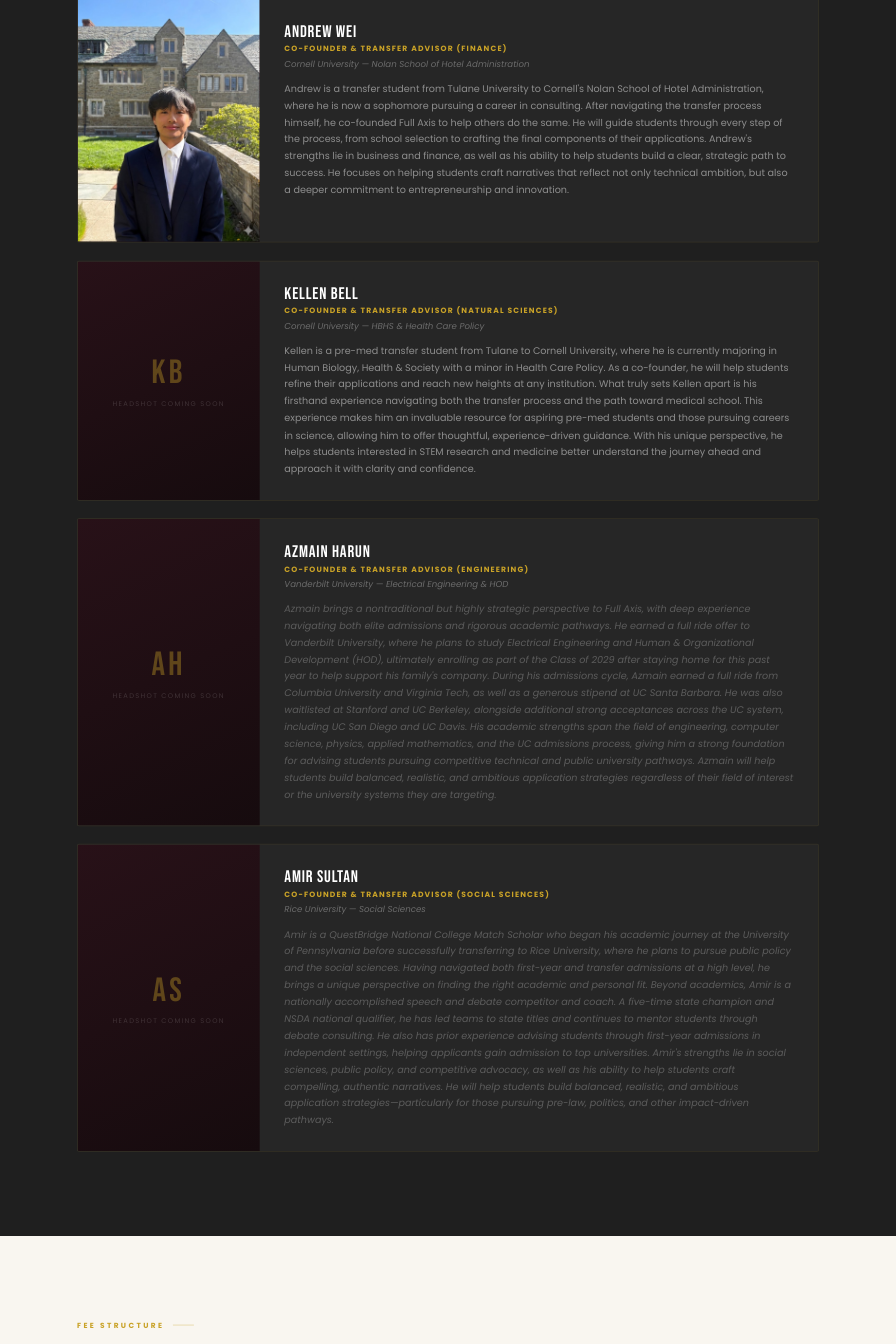
Repository: epeguero8311/cesar
Page: index.html
An editor plug-in stored every save of this project. The page is shown before and after the next save, followed by the edit.
The browser window is 1280 px wide. The pictures show the part of the page from y = 2358 to 4278 px (the page is 7470 px tall), at 70% of full size.

Above is the page before, as saved 2026-04-27 17:42:44.

### index.html
<!DOCTYPE html>
<html lang="en">
<head>
<meta charset="UTF-8" />
<meta name="viewport" content="width=device-width, initial-scale=1.0" />
<link rel="icon" type="image/png" href="Untitled_design__1_-removebg-preview.png" />
<title>Full Axis — Prestige Admissions Advisory</title>
<link rel="preconnect" href="https://fonts.googleapis.com" />
<link rel="preconnect" href="https://fonts.gstatic.com" crossorigin />
<link href="https://fonts.googleapis.com/css2?family=Bebas+Neue&family=Poppins:ital,wght@0,300;0,400;0,500;0,600;0,700;1,400&display=swap" rel="stylesheet" />
<link rel="stylesheet" href="style.css" />
</head>
<body>

<!-- NAV -->
<nav>
  <div class="nav-brand">
    <img src="IMG_4736-removebg-preview.png" alt="Full Axis" class="nav-logo-img" />
  </div>
  <ul class="nav-links">
    <li><a href="#mission">Mission</a></li>
    <li><a href="#team">Team</a></li>
    <li><a href="#pricing">Packages</a></li>
    <li><a href="#apply" class="nav-cta">Apply Now</a></li>
  </ul>
</nav>

<!-- HERO -->
<section id="hero">
  <div class="hero-inner">
    <div class="hero-eyebrow">Prestige Admissions Advisory</div>
    <h1 class="hero-title">Your defining<br /><em>axis</em> starts here.</h1>
    <div class="hero-rule"></div>
    <p class="hero-sub">Connect → Gameplan → Success</p>
    <div class="hero-actions">
      <a href="#apply" class="btn-primary">Begin Your Application</a>
      <a href="#mission" class="btn-outline">Learn More</a>
    </div>
  </div>
</section>

<!-- STATS RIBBON -->
<div class="stats-ribbon">
  <div class="stat"><strong>Tier 1</strong>&nbsp;Target Schools</div>
  <div class="stat-sep"></div>
  <div class="stat"><strong>Paired</strong>&nbsp;Major-Specific Mentors</div>
  <div class="stat-sep"></div>
  <div class="stat"><strong>Beta</strong>&nbsp;2026–27 Cycle</div>
  <div class="stat-sep"></div>
  <div class="stat"><strong>Free</strong>&nbsp;First Consultation</div>
</div>

<!-- MISSION -->
<section id="mission">
  <div class="section-inner">
    <div class="section-label">Who We Are</div>
    <h2 class="section-title">Built on precision.<br />Defined by results.</h2>
    <div class="mission-grid">
      <div class="reveal">
        <p class="mission-statement">Full Axis is a prestige-focused, major-specific admissions advisory firm. We specialize in guiding students from a multitude of backgrounds through the most competitive first-year and transfer pathways in the country.</p>
        <div class="beta-badge">
          <span class="beta-dot"></span>
          Currently in Beta — 2026–2027 Cycle &nbsp;·&nbsp; Limited Spots Available
        </div>
      </div>
      <div class="mission-right reveal d2">
        <div class="pillar">
          <h3>Our Approach</h3>
          <p>We operate on a "Tiered Expertise" model, pairing each student with mentors who have successfully navigated their exact target trajectory — gaining admission to top programs in their respective fields.</p>
        </div>
        <div class="pillar">
          <h3>Our Philosophy</h3>
          <p>We believe every applicant has a defining narrative axis. Whether it is the pursuit of an elite standard or a strategic reinvention, our role is to identify, refine, and position that axis with precision.</p>
        </div>
      </div>
    </div>
    <div class="ornament"><div class="ornament-diamond"></div></div>
  </div>
</section>

<!-- TEAM -->
<section id="team">
  <div class="section-inner">
    <div class="team-intro">
      <div class="section-label">The Axis Network</div>
      <h2 class="section-title on-dark">Guided by those<br />who've been there.</h2>
    </div>
    <div class="team-grid">
      <!-- Cesar -->
      <div class="team-card reveal">
        <div class="team-photo">
          <div class="team-photo-ph"><div class="team-initials">C</div><div class="photo-hint">Headshot coming soon</div></div>
        </div>
        <div class="team-info">
          <div class="team-name">Cesar Espinoza</div>
          <div class="team-role">Founder &amp; Director</div>
          <div class="team-school">Full Axis</div>
          <p class="team-bio">Cesar leads Full Axis with a mission to make the college admissions process more structured, strategic, and accessible. He works with students across a range of pathways—from high-achieving first-year applicants seeking stronger outcomes to college students refining their academic direction—helping them clarify goals and strengthen their applications. With immense knowledge in the transfer landscape, particularly STEM-focused pathways, he oversees advisor strategy and ensures each student is matched with the right support for their goals.</p>
        </div>
      </div>
      <!-- Andrew -->
      <div class="team-card reveal d1">
        <div class="team-photo">
          <img src="headshots/headshot-Andrew_Wei 2.JPEG" alt="Andrew Wei" class="team-headshot" />
        </div>
        <div class="team-info">
          <div class="team-name">Andrew Wei</div>
          <div class="team-role">Co-Founder &amp; Transfer Advisor (Finance)</div>
          <div class="team-school">Cornell University — Nolan School of Hotel Administration</div>
          <p class="team-bio">Andrew is a transfer student from Tulane University to Cornell's Nolan School of Hotel Administration, where he is now a sophomore pursuing a career in consulting. After navigating the transfer process himself, he co-founded Full Axis to help others do the same. He will guide students through every step of the process, from school selection to crafting the final components of their applications. Andrew's strengths lie in business and finance, as well as his ability to help students build a clear, strategic path to success. He focuses on helping students craft narratives that reflect not only technical ambition, but also a deeper commitment to entrepreneurship and innovation.</p>
        </div>
      </div>
      <!-- Kellen -->
      <div class="team-card reveal d2">
        <div class="team-photo">
          <div class="team-photo-ph"><div class="team-initials">KB</div><div class="photo-hint">Headshot coming soon</div></div>
        </div>
        <div class="team-info">
          <div class="team-name">Kellen Bell</div>
          <div class="team-role">Co-Founder &amp; Transfer Advisor (Natural Sciences)</div>
          <div class="team-school">Cornell University — HBHS &amp; Health Care Policy</div>
          <p class="team-bio">Kellen is a pre-med transfer student from Tulane to Cornell University, where he is currently majoring in Human Biology, Health & Society with a minor in Health Care Policy. As a co-founder, he will help students refine their applications and reach new heights at any institution. What truly sets Kellen apart is his firsthand experience navigating both the transfer process and the path toward medical school. This experience makes him an invaluable resource for aspiring pre-med students and those pursuing careers in science, allowing him to offer thoughtful, experience-driven guidance. With his unique perspective, he helps students interested in STEM research and medicine better understand the journey ahead and approach it with clarity and confidence.</p>
        </div>
      </div>
      <!-- Azmain -->
      <div class="team-card reveal d3">
        <div class="team-photo">
          <div class="team-photo-ph"><div class="team-initials">AH</div><div class="photo-hint">Headshot coming soon</div></div>
        </div>
        <div class="team-info">
          <div class="team-name">Azmain Harun</div>
          <div class="team-role">Co-Founder &amp; Transfer Advisor (Engineering)</div>
          <div class="team-school">Vanderbilt University — Electrical Engineering &amp; HOD</div>
          <p class="team-bio" style="color:rgba(255,255,255,0.25);font-style:italic">Azmain brings a nontraditional but highly strategic perspective to Full Axis, with deep experience navigating both elite admissions and rigorous academic pathways. He earned a full ride offer to Vanderbilt University, where he plans to study Electrical Engineering and Human & Organizational Development (HOD), ultimately enrolling as part of the Class of 2029 after staying home for this past year to help support his family's company.

During his admissions cycle, Azmain earned a full ride from Columbia University and Virginia Tech, as well as a generous stipend at UC Santa Barbara. He was also waitlisted at Stanford and UC Berkeley, alongside additional strong acceptances across the UC system, including UC San Diego and UC Davis.

His academic strengths span the field of engineering, computer science, physics, applied mathematics, and the UC admissions process, giving him a strong foundation for advising students pursuing competitive technical and public university pathways. Azmain will help students build balanced, realistic, and ambitious application strategies regardless of their field of interest or the university systems they are targeting.</p>
        </div>
      </div>
      <!-- Amir -->
      <div class="team-card reveal d4">
        <div class="team-photo">
          <div class="team-photo-ph"><div class="team-initials">AS</div><div class="photo-hint">Headshot coming soon</div></div>
        </div>
        <div class="team-info">
          <div class="team-name">Amir Sultan</div>
          <div class="team-role">Co-Founder &amp; Transfer Advisor (Social Sciences)</div>
          <div class="team-school">Rice University — Social Sciences</div>
          <p class="team-bio" style="color:rgba(255,255,255,0.25);font-style:italic">Amir is a QuestBridge National College Match Scholar who began his academic journey at the University of Pennsylvania before successfully transferring to Rice University, where he plans to pursue public policy and the social sciences. Having navigated both first-year and transfer admissions at a high level, he brings a unique perspective on finding the right academic and personal fit.

Beyond academics, Amir is a nationally accomplished speech and debate competitor and coach. A five-time state champion and NSDA national qualifier, he has led teams to state titles and continues to mentor students through debate consulting. He also has prior experience advising students through first-year admissions in independent settings, helping applicants gain admission to top universities.

Amir's strengths lie in social sciences, public policy, and competitive advocacy, as well as his ability to help students craft compelling, authentic narratives. He will help students build balanced, realistic, and ambitious application strategies—particularly for those pursuing pre-law, politics, and other impact-driven pathways.</p>
        </div>
      </div>
    </div>
  </div>
</section>

<!-- PRICING -->
<section id="pricing">
  <div class="section-inner">
    <div class="pricing-hd reveal">
      <div class="section-label">Fee Structure</div>
      <h2 class="section-title">Transparent pricing.<br />Unmatched access.</h2>
      <div class="pricing-beta-block">Full Axis is currently in its beta cycle for the 2026–2027 school year. As we onboard our inaugural cohort, we strongly recommend getting started with us as soon as possible; this allows us to fully maximize your potential as an applicant. We operate on a rolling application system, with an application deadline in late September.</div>
    </div>

    <h3 class="axis-heading">Transfer Axis</h3>
    <p class="axis-desc">The Transfer Axis is an intensive, mentor-led program built for students aiming to successfully navigate the highly selective transfer admissions process. Rather than focusing solely on application polish, we work to construct a cohesive academic and extracurricular direction aligned with the expectations of top-tier institutions, creating a clear blueprint for success that extends beyond transfer outcomes into post-graduate goals.

We help students build a comprehensive transfer roadmap tailored to both their target "dream" schools and a strategically selected set of well-matched, adjacent institutions, all grounded in individualized advising. From there, we guide major- and school-specific course selection to ensure each academic decision strengthens long-term positioning and aligns with admissions expectations. We also work closely with students to define a cohesive narrative that anchors and differentiates their application, then translate it into clear, high-impact essays that effectively communicate their story and strengths. Throughout the process, students receive hands-on essay support, ongoing mentorship, and direct guidance as questions arise. The result is a fully integrated, step-by-step framework that brings structure, clarity, and intentionality from initial planning through final submission.</p>
    <div class="pkg-grid reveal">
      <div class="pkg">
        <div class="pkg-name">Starter</div>
        <div class="rev-price">$1,350</div>
        <ul class="pkg-feats">
          <li class="pkg-feat">Paired mentor throughout application process</li>
          <li class="pkg-feat">Guaranteed monthly meetings</li>
          <li class="pkg-feat">Essay review for up to 3 schools</li>
        </ul>
        <div class="consult-note">✦ Free initial consultation included</div>
      </div>
      <div class="pkg featured">
        <div class="pkg-badge">Most Popular</div>
        <div class="pkg-name">Founders</div>
        <div class="rev-price">$1,500</div>
        <ul class="pkg-feats">
          <li class="pkg-feat">Paired mentor throughout application process</li>
          <li class="pkg-feat">Guaranteed monthly meetings</li>
          <li class="pkg-feat">Essay review for up to 6 schools</li>
          <li class="pkg-feat">Tailored roadmap built to your individual profile</li>
        </ul>
        <div class="consult-note">✦ Free initial consultation included</div>
      </div>
      <div class="pkg">
        <div class="pkg-name">Advanced</div>
        <div class="rev-price">$2,000</div>
        <ul class="pkg-feats">
          <li class="pkg-feat">Paired mentor throughout application process</li>
          <li class="pkg-feat">Guaranteed monthly meetings</li>
          <li class="pkg-feat">Essay review for up to 9 schools</li>
          <li class="pkg-feat">Tailored roadmap built to your individual profile</li>
        </ul>
        <div class="consult-note">✦ Free initial consultation included</div>
      </div>
      <div class="pkg">
        <div class="pkg-name">Premium</div>
        <div class="rev-price">$3,000</div>
        <ul class="pkg-feats">
          <li class="pkg-feat">Paired mentor throughout application process</li>
          <li class="pkg-feat">Guaranteed monthly meetings</li>
          <li class="pkg-feat">Essay review for up to 12 schools</li>
          <li class="pkg-feat">Tailored roadmap built to your individual profile</li>
        </ul>
        <div class="consult-note">✦ Free initial consultation included</div>
      </div>
    </div>

    <h3 class="axis-heading" style="margin-top:4.5rem">Review Axis</h3>
    <p class="axis-desc">The Review Axis is a focused, asynchronous essay review service designed for students who have completed the foundational work of their application and want expert-level refinement before submission. This tier is ideal for applicants seeking a precise, experienced second set of eyes to ensure their narrative is clear, compelling, and free of structural or strategic weaknesses. Support is centered entirely on written materials, with feedback delivered through detailed Google Docs edits and commentary, typically within a 24–72 hour turnaround.

Students may use this plan to refine personal statements or supplemental essays, with targeted guidance on narrative clarity, structure, and prompt alignment. Email communication and limited calls are available strictly for essay strategy discussions, including brainstorming, narrative direction, and refinement of key ideas. This service is intentionally bounded to written application support and does not include advising work covered under the Transfer Axis. A minimum 45-day window prior to the earliest application deadline is required to ensure adequate revision cycles and optimal results.</p>
    <div class="rev-grid reveal">
      <div class="rev-card">
        <div class="rev-card-title">High Schoolers — Essay Only</div>
        <div class="rev-price">$200</div>
        <ul class="rev-feats">
          <li class="rev-feat">Personal statement review + one-time editing &amp; recommendations</li>
          <li class="rev-or">— or —</li>
          <li class="rev-feat">Two supplemental essay reviews + one-time editing &amp; recommendations</li>
        </ul>
      </div>
      <div class="rev-card">
        <div class="rev-card-title">Transfers — Essay Only</div>
        <div class="rev-price">$200</div>
        <ul class="rev-feats">
          <li class="rev-feat">Single supplemental essay + one-time editing &amp; recommendation</li>
        </ul>
        <div class="rev-addons">
          <div class="addon"><strong>+ $150</strong>&nbsp;each additional supplemental essay</div>
          <div class="addon"><strong>+ $75</strong>&nbsp;essays under 100 words</div>
          <div class="addon"><strong>+ $50</strong>&nbsp;each additional short essay</div>
        </div>
      </div>
    </div>
  </div>
</section>

<!-- APPLY -->
<section id="apply">
  <div class="section-inner">
    <div class="apply-grid reveal">
      <div>
        <div class="section-label">Get Started</div>
        <h2 class="apply-title">Ready to find<br />your <em>axis?</em></h2>
        <p class="apply-sub">Submit your application through our intake form and a member of our team will reach out within 48 hours. Spots for the 2026–2027 cycle are limited.</p>
        <div class="consult-callout">
          <strong>✦ Free First Consultation (Included With Every Application)</strong>
          <p>Every student who applies receives a complimentary initial consultation at no cost. We assess your profile and identify the best pathway forward — no commitment required.</p>
        </div>
      </div>
      <div class="apply-box">
        <div class="apply-icon">
          <svg viewBox="0 0 24 24"><path d="M9 12l2 2 4-4M21 12a9 9 0 11-18 0 9 9 0 0118 0z"/></svg>
        </div>
        <h3>Apply Now</h3>
        <p>Complete our short intake form. Every application is reviewed personally by our team.</p>
        <a href="https://docs.google.com/forms/d/e/1FAIpQLSdoFQlOemhVGL9cHiw1zWZMkfWvCgZNxgydIc3T4HkZGuN4dA/viewform?usp=header"
           target="_blank" rel="noopener noreferrer" class="btn-apply">Begin Your Application →</a>
        <p class="apply-fine">Beta Cycle — 2026–2027 Admissions Year</p>
      </div>
    </div>
  </div>
</section>

<!-- FOOTER -->
<footer>
  <div class="ft-logo">Full <span>Axis</span></div>
  <div class="ft-note">Full Axis is currently operating in its beta cycle for the 2026–2027 admissions year. Prestige-focused, major-specific admissions advisory.</div>
  <div class="ft-copy">© 2026 Full Axis</div>
</footer>

<script src="main.js"></script>
</body>
</html>

Loaded but not shown: main.js (5 lines, source omitted); style.css (301 lines, source omitted)

After the next save:
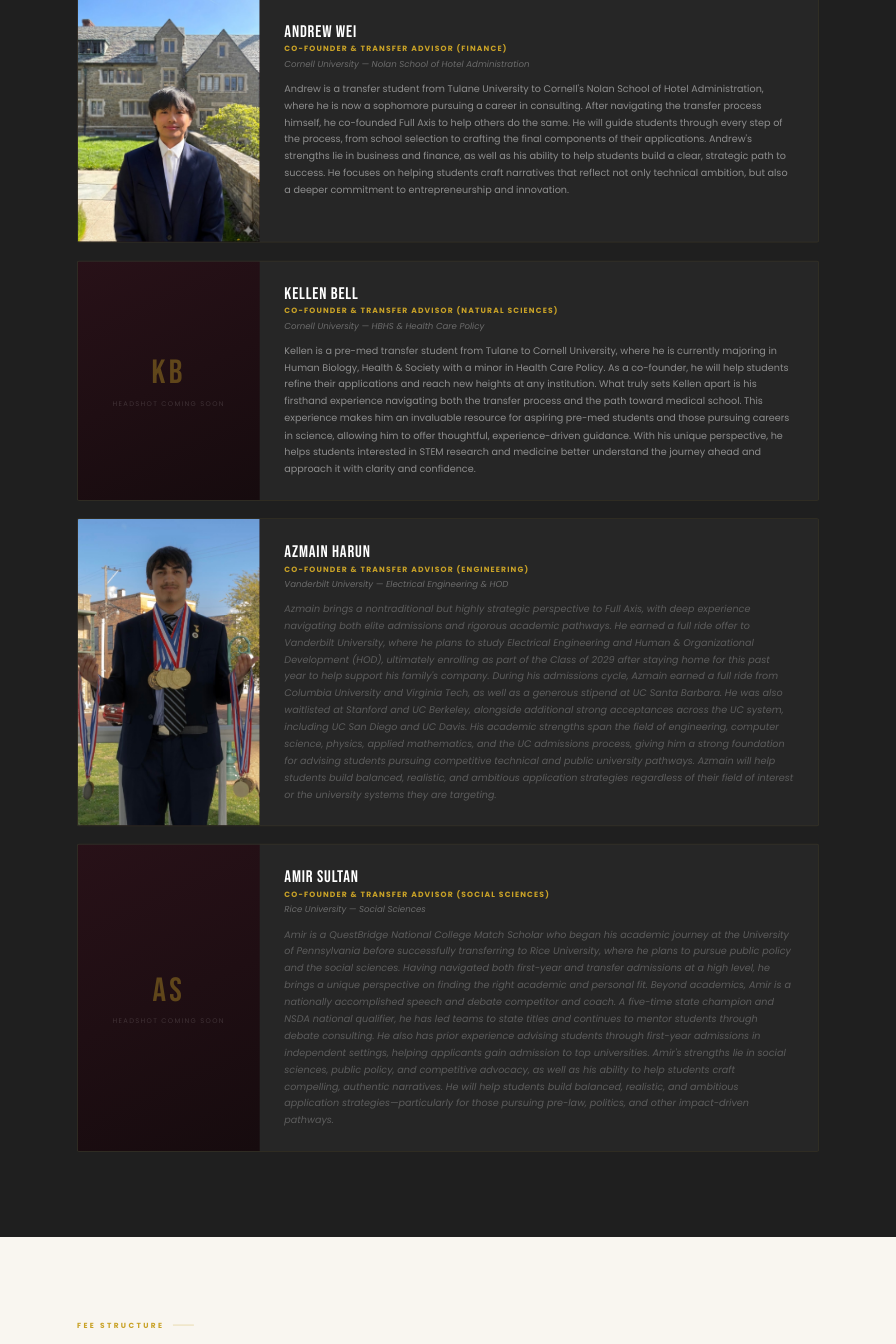
Saved 3 days later.
--- a/index.html
+++ b/index.html
@@ -125,7 +125,7 @@
       <!-- Azmain -->
       <div class="team-card reveal d3">
         <div class="team-photo">
-          <div class="team-photo-ph"><div class="team-initials">AH</div><div class="photo-hint">Headshot coming soon</div></div>
+          <img src="headshots/IMG_4781.jpg" alt="Azmain" class="team-headshot" />
         </div>
         <div class="team-info">
           <div class="team-name">Azmain Harun</div>
